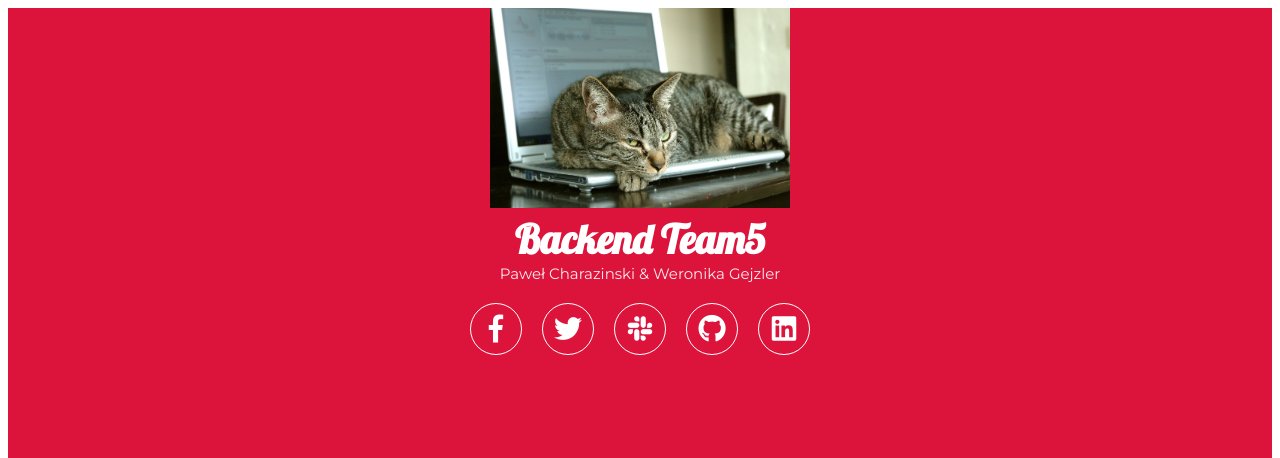
Repository: pietruszka/cc_proj1
Page: index.html
These files come from the project's save history. The page is drawn as it stood at one moment and after a run of saves; the edit follows.
The browser window is 1280 px wide. The pictures show the part of the page from y = 0 to 458 px (the page is 1111 px tall).
Pictures or frames that could not be fetched are drawn as grey boxes. Some web libraries are served in a nearby version.

Above is the page before, as saved 2018-11-18 19:38:42.

### index.html
<!DOCTYPE html>
<html lang="en">

<head>
    <meta charset="UTF-8">
    <meta name="viewport" content="width=device-width, initial-scale=1.0">
    <link rel="stylesheet" href="./style.css" />
    <link href="https://fonts.googleapis.com/css?family=Lobster" rel="stylesheet">
    <link href="https://use.fontawesome.com/releases/v5.0.8/css/all.css" rel="stylesheet">
    <link href="https://fonts.googleapis.com/css?family=Montserrat" rel="stylesheet">
    <link href="https://fonts.googleapis.com/css?family=Raleway" rel="stylesheet">
    <title>BackendTeam5</title>
</head>

<body>

    <div class="wrapper">
        <div id="top">
            <div id="photo"><img id="photo1" src="people.jpg" alt=""></div>
            <div id="heading">


               <h1 id="heading1">Backend Team5</h1>
               <h2 id="heading2">Paweł Charazinski &amp; Weronika Gejzler</h2>
               <div class="nav">

                <div class="nav-item">
                    <a href="#" class="fab fa-facebook-f"></a>
                </div>
                <div class="nav-item">
                    <a href="#" class="fab fa-twitter"></a>
                </div>

                <div class="nav-item">
                    <a href="#" class="fab fa-slack"></a>
                </div>
                <div class="nav-item">
                    <a href="#" class="fab fa-github"></a>
                </div>
                <div class="nav-item">
                    <a href="#" class="fab fa-linkedin"></a>
                </div>
            </div>


            </div>

        </div>

        <div id="bottom">
            <div id="about">
<h1 id="h_about">O <span style="color:crimson">nas</span></h1>
<p id="p_about">Witamy na naszej stronie-wizytówce! Jest to nasz pierwszy projekt w ramach warsztatów koła naukowego CodersCrew! Do jego stworzenia wykorzystaliśmy HTML oraz CSS z użyciem flexbox i grid. Mamy nadzieję, że Ci się podoba! Kolejne nasze projekty dotyczyć będą JavaScriptu i frameworka React. Zachęcamy do pozostania w kontakcie.</p>
<div id="button">Dowiedz się więcej!</div>


            </div>
            <div id="details">
<table>
    <tr>
        <td class="table"><b>City</b></td>
        <td class="table">Wrocław</td>
    </tr>
    <tr>
        <td class="table"><b>Technologies</b></td>
        <td class="table">HTML/CSS</td>
    </tr>
    <tr>
        <td class="table"><b>Training time</b></td>
        <td class="table">1 week</td>
    </tr>
    <tr>
        <td class="table"><b>What's next</b></td>
        <td class="table">JavaScript!</td>
    </tr>
    <tr>
        <td class="table"><b>Emails</b></td>
        <td class="table">weronika.gejzler@gmail.com
        </td>
    </tr>
    <tr><td class="table"></td><td class="table">pawel.charazinski@gmail.com
        </td></tr>

</table>
</div>
        </div>

    </div>
</div>
</body>

</html>

### style.css
.wrapper{
   font-size: 1.5em;
   width: 100%;
   height: 100vh;
  display: grid;
   grid-template-areas:
   "photo"
   "heading"
   "about"
   "details";
   grid-template-columns: 1fr;
   grid-template-rows: 450px 600px 250px 250px;

}
#top{
   display: flex;
   flex-direction: column;
   align-items: center;
    background-color: crimson;
    color: white;


}
#photo{

    grid-area: photo;
}
#photo1{

   width: 300px;
   height: 200px;

}

#heading{


  grid-area: heading;
}

#heading1 {

    font-size: 40px;
    font-weight: 700;
        font-family: 'Lobster', cursive;
    text-align: center;
    margin:0;
   }
   #heading2 {

    font-size: 15px;
    font-weight: 100;
    font-family:  Montserrat;
    text-align: center;
    margin: 0%;
    opacity: 0.9;
    }

    a {
        color: white;
        text-decoration: none;

    }
    .nav {
        display: flex;
        justify-content: center;
        margin: 20px;

    }

    .nav-item {

        animation: show 0.5s ease-in-out forwards;

        transition: all 0.3s ease-in-out;
        border-radius: 100%;
        border: solid 1px white;

        width: 50px;
        height: 50px;
        margin: 0 10px;
        display: flex;
        align-items: center;
        justify-content: center;

    }

    .nav-item:hover {
        cursor: pointer;

        opacity: 0.5;

    }

    .nav-item a:hover {

        opacity: 0.5;

    }

    .nav-item a {
        font-size: 28px;

    }

#bottom{

    background: url(abstract/8020.jpg);


}
#about{
   margin: 5vw;
   grid-area: about;
}
#h_about{
   font-family:  Montserrat;
    font-style: Bold;
    font-size: 24px;
        text-align: Left;
        line-height: 29px;

}
#p_about{
   color: #666666;
   Font-Family: Raleway;
Font-Style: Regular;
Font-Size: 16px;
Line-Height: 24px;
text-Align: Left;
}
#button{
    border: 2px solid crimson;
    border-radius: 25px;
    background-color: white;
    color: crimson;

    padding: 15px 32px;
    text-align: center;
    text-decoration: none;
    display: inline-block;
    font-size: 14px;
    Font-Family: Raleway;
}



#details{
    margin: 5vw;
    color: #666666;
    Font-Family: Raleway;
 Font-Style: Regular;
 Font-Size: 16px;
 Line-Height: 29px;
 text-Align: Left;
 grid-area: details;
}
.table{
    padding: 1vw;
}

After the next 2 saves:
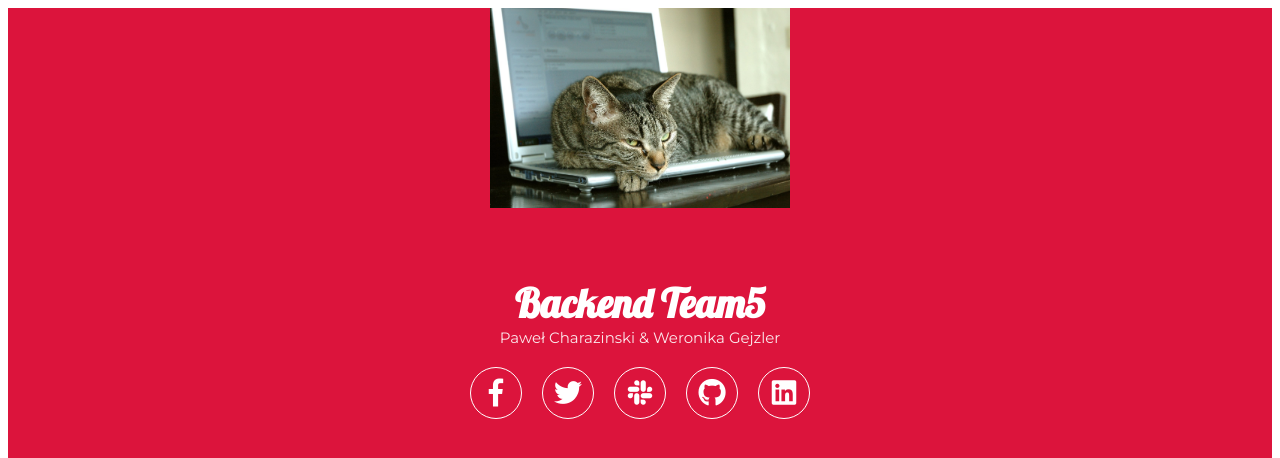
The 2 saves are shown as one change because they came seconds apart.
The last was saved 10 s later.
--- a/style.css
+++ b/style.css
@@ -34,7 +34,7 @@
 
 #heading{
 
-
+  padding: 5vw;
   grid-area: heading;
 }
 
